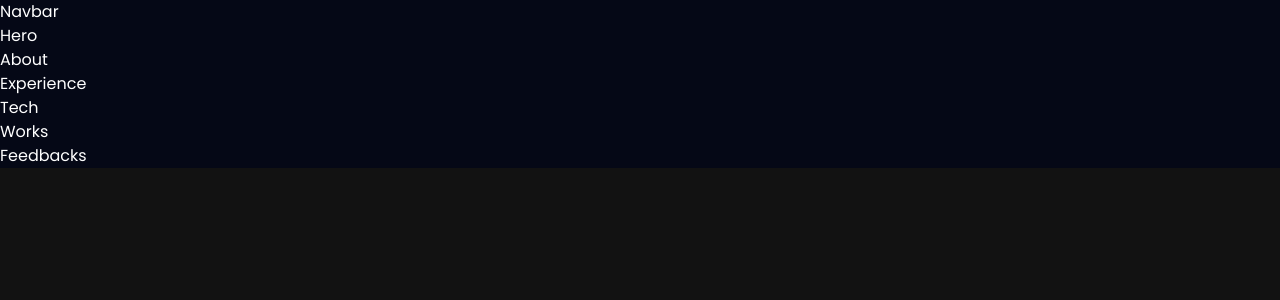
Repository: smallchungus/3JSPersonalWebsite
Page: /
These files come from the project's save history. The page is drawn as it stood at one moment and after the next save; the edit follows.
The browser window is 1280 px wide. The pictures show the whole page.
The project was rebuilt for these pictures with package versions that can differ from the ones it lists, and the page was loaded fresh each time. Also part of the build but not shown: vite.config.js, src/components/canvas/Earth.jsx, src/components/canvas/Ball.jsx, src/components/canvas/Computers.jsx.

Above is the page before, as saved 2023-07-10 16:17:56.

After the next save:
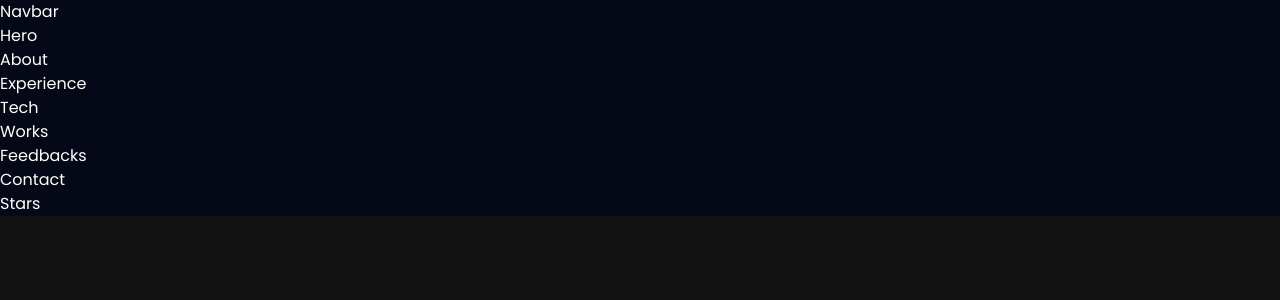
Saved 11 s later.
--- a/src/App.jsx
+++ b/src/App.jsx
@@ -17,7 +17,8 @@ const App = () => {
       <Works/>
       <Feedbacks/>
       <div className ="relative z-0">
-
+        <Contact/>
+        <StarsCanvas/>
       </div>
     </div>
     </BrowserRouter>
